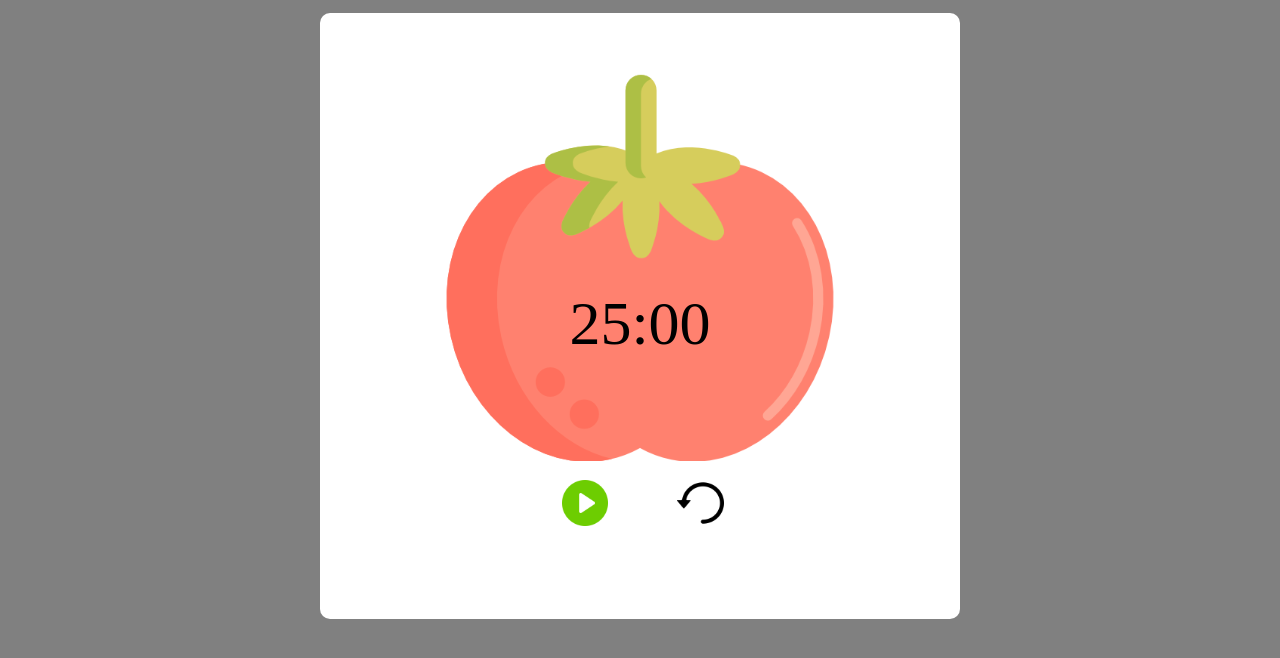
Repository: Dirlandia404/pomodoro
Page: /
The author's editor kept a copy of each file at every save. The page is drawn from the files as they stood at one save, then again after the next save.
The browser window is 1280 px wide. The pictures show the whole page.
The project was rebuilt for these pictures with package versions that can differ from the ones it lists, and the page was loaded fresh each time.

Above is the page before, as saved 2021-11-25 11:00:59.

### public/index.html
<!DOCTYPE html>
<html lang="en">

<head>
  <meta charset="utf-8" />
  <link rel="icon" href="%PUBLIC_URL%/image 1.png" />
  <meta name="viewport" content="width=device-width, initial-scale=1" />
  <meta name="theme-color" content="#000000" />
  <meta name="description" content="Web site created using create-react-app" />
  <link rel="apple-touch-icon" href="%PUBLIC_URL%/logo192.png" />
  <!--
      manifest.json provides metadata used when your web app is installed on a
      user's mobile device or desktop. See https://developers.google.com/web/fundamentals/web-app-manifest/
    -->
  <link rel="manifest" href="%PUBLIC_URL%/manifest.json" />
  <!--
      Notice the use of %PUBLIC_URL% in the tags above.
      It will be replaced with the URL of the `public` folder during the build.
      Only files inside the `public` folder can be referenced from the HTML.

      Unlike "/favicon.ico" or "favicon.ico", "%PUBLIC_URL%/favicon.ico" will
      work correctly both with client-side routing and a non-root public URL.
      Learn how to configure a non-root public URL by running `npm run build`.
    -->
  <title>Pomodoro Clock</title>
</head>

<body>
  <noscript>You need to enable JavaScript to run this app.</noscript>
  <div id="root"></div>
  <!--
      This HTML file is a template.
      If you open it directly in the browser, you will see an empty page.

      You can add webfonts, meta tags, or analytics to this file.
      The build step will place the bundled scripts into the <body> tag.

      To begin the development, run `npm start` or `yarn start`.
      To create a production bundle, use `npm run build` or `yarn build`.
    -->
</body>

</html>

### src/index.jsx
import React from "react";
import ReactDOM from "react-dom";
import Clock from "./componentes/Primeiro";

function App() {
    const  tempo ={time:25};

    return(
        <div className="App">
            <Clock trabalho={tempo} />
        </div>
    );
}
ReactDOM.render(
    <App />,
    document.getElementById("root")
)

### src/componentes/Primeiro.jsx
import { useEffect, useState } from "react";
import "./componente.css";

function Clock(props){
  const [time, setTime] = useState(25);

    const tick = () =>{
        if(time === 0){
            reset();
        }else{
            setTime([time -1]);
        }
    }
    const reset = () => setTime(parseInt(time));

    useEffect(() =>{
        const timerId = setInterval(() => tick, 60);
        return () => clearInterval(timerId)
    })
    return (
        <main>
            <form action="">
                <img src="/tomato.svg" alt="Tomate" />
                <p className="time">25:00</p>
                <div className="butoes">
                    <button className="play">
                        <img src="./botao-play.png" alt="" />
                    </button>

                    <button className="reset">
                        <img src="./seta-circular.png" alt="" />
                    </button>
                </div>
            </form>
        </main>
    );
}

export default Clock

### src/componentes/componente.css
*{
    margin: 0;
    border: 0;
    padding: 0;
}
body{
    background-color: grey;

    display: flex;

    text-align: center;
    align-items: center;
    justify-content: center;
}
main {
    background-color: white;
    min-width: 375px;
    max-width: 50%;

    margin-left: 25vw;
    margin-right: 25vw;

    justify-content: center;

    padding: 2rem;
    border-radius: 10px;

    margin-top: 1%;
    margin-bottom: 1%;
}

form{
    display: flex;
    flex-direction: column;
    margin-top: 5%;
    margin-bottom: 5%;
}

img{
    width: 80%;
    margin-left: 10%;
}
p.time {
    margin-top: -40%;
    padding: 10%;
    font-size: 62px;
}
div.butoes{
    align-items: center;
}
button{
    background: none;
    margin-top: 6%;
    padding: 5%;
    width: 20%;
}

After the next save:
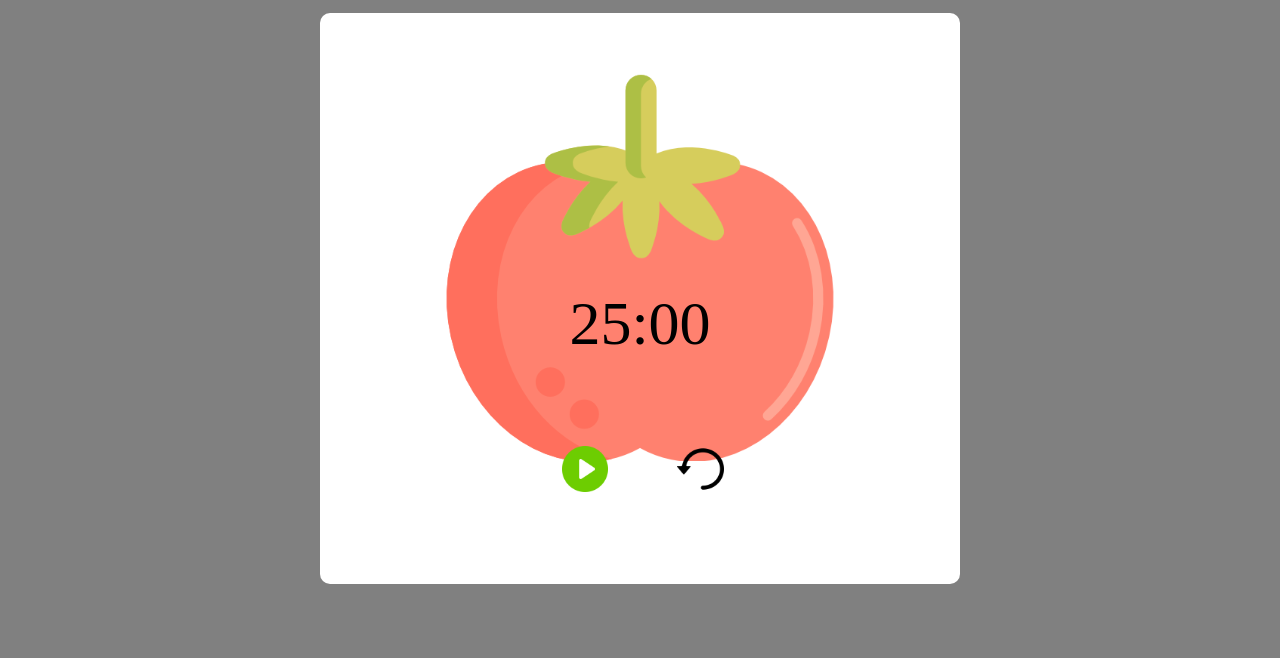
Saved 6 s later.
--- a/src/componentes/componente.css
+++ b/src/componentes/componente.css
@@ -50,7 +50,7 @@ div.butoes{
 }
 button{
     background: none;
-    margin-top: 6%;
+
     padding: 5%;
     width: 20%;
 }
